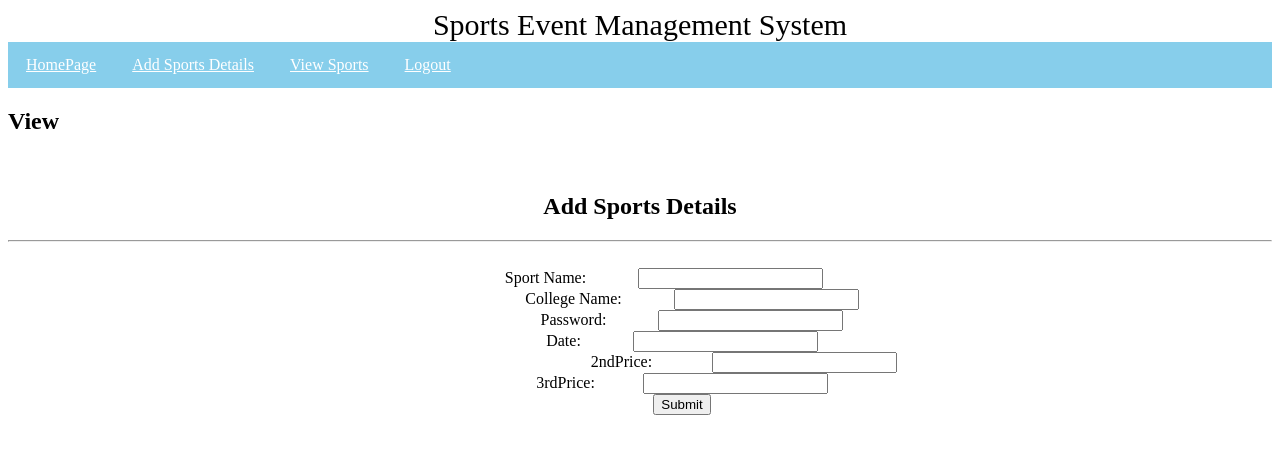
Repository: svrm1014/sportseventmanagement
Page: http://localhost/sportsmanagement/WEB-INF/views/addsportsdetails.jsp
An editor plug-in stored every save of this project. The page is shown before and after the next save, followed by the edit.
The browser window is 1280 px wide. The pictures show the whole page.
The page is served by Tomcat 9. Nobody is signed in. Other server files are loaded and not shown. The template is opened directly, without the code that normally fills it, so the values that code supplies are empty.

Above is the page before, as saved 2021-05-04 00:32:08.

### sportsmanagement/src/main/webapp/WEB-INF/views/addsportsdetails.jsp
<%@ page language="java" contentType="text/html; charset=ISO-8859-1"
    pageEncoding="ISO-8859-1"%>
    <%@ taglib prefix="form" uri="http://www.springframework.org/tags/form" %>
<!DOCTYPE html PUBLIC "-//W3C//DTD HTML 4.01 Transitional//EN" "http://www.w3.org/TR/html4/loose.dtd">
<html>
<head>
<style type="text/css">

.title{
text-align:center;
font-size:30px;
}

ul {
list-style-type:none;
margin:0px;
padding:0px;
background-color:skyblue;
overflow:hidden;
}
li{
float:left;
}
li a{
display:block;
padding : 14px 18px;
color:white;
}

</style>

<meta http-equiv="Content-Type" content="text/html; charset=ISO-8859-1">
<title>Sports Event Management System</title>
</head>
<body>
    <div class="title">Sports Event Management System</div>
    <div class="menu">
    <ul>
    <li><a href="/homepage">HomePage</a></li>
    <li><a href="/addsportsdetails">Add Sports Details</a></li>
    <li><a href="/viewsports">View Sports</a></li>
    <li><a href="/admin">Logout</a></li>

    </ul>
 </div>
    <div align="left">
        <h2>View</h2>
    </div>
    <div align="center">
     <h2>Add Sports Details</h2>
    <hr>
        <form:form action="sportsdetails" method="post" modelAttribute="sportsdetailsKey">
            <form:label path="sportname">Sport Name:</form:label>
            <form:input path="sportname"/><br/>

            <form:label path="collegename">College Name:</form:label>
            <form:input path="collegename"/><br/>

            <form:label path="location">Password:</form:label>
            <form:input path="location"/><br/>

            <form:label path="date" placeholder="dd/mm/yyyy">Date:</form:label>
            <form:input path="date"/><br/>

           <%--  <form:label path="firstprice">1stPrice:</form:label>
            <form:input path="firstprice"/><br/> --%>

            <form:label path="secondPrice">2ndPrice:</form:label>
              <form:input path="secondPrice"/><br/>

            <form:label path="thirdPrice">3rdPrice:</form:label>
           <form:input path="thirdPrice"/><br/>

            <form:button>Submit</form:button>
        </form:form>
    </div>

</body>
</html>

After the next save:
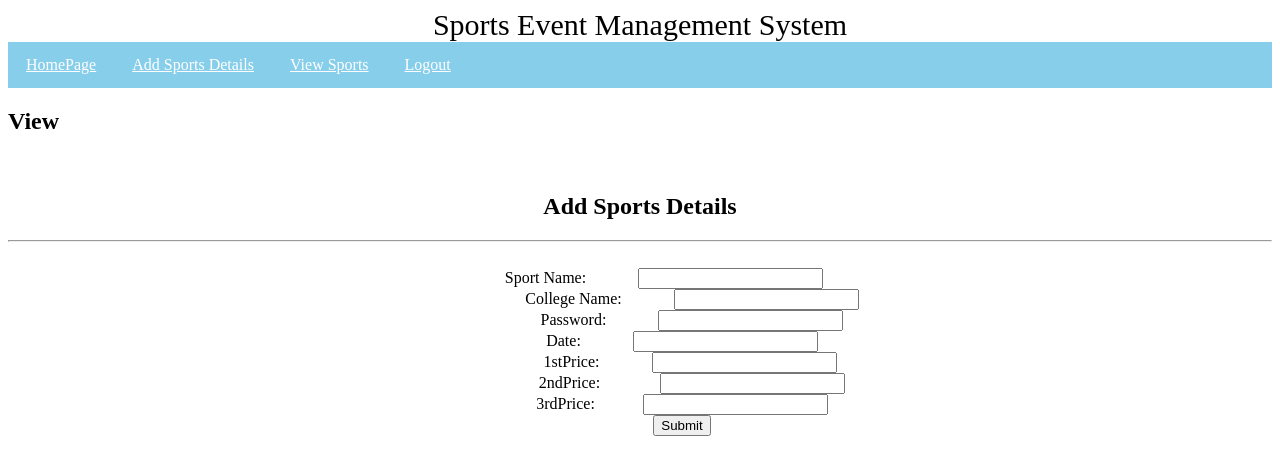
Saved 16 s later.
--- a/sportsmanagement/src/main/webapp/WEB-INF/views/addsportsdetails.jsp
+++ b/sportsmanagement/src/main/webapp/WEB-INF/views/addsportsdetails.jsp
@@ -62,8 +62,8 @@ color:white;
             <form:label path="date" placeholder="dd/mm/yyyy">Date:</form:label>
             <form:input path="date"/><br/>
 
-           <%--  <form:label path="firstprice">1stPrice:</form:label>
-            <form:input path="firstprice"/><br/> --%>
+           <form:label path="firstPrice">1stPrice:</form:label>
+            <form:input path="firstPrice"/><br/>
 
             <form:label path="secondPrice">2ndPrice:</form:label>
               <form:input path="secondPrice"/><br/>
